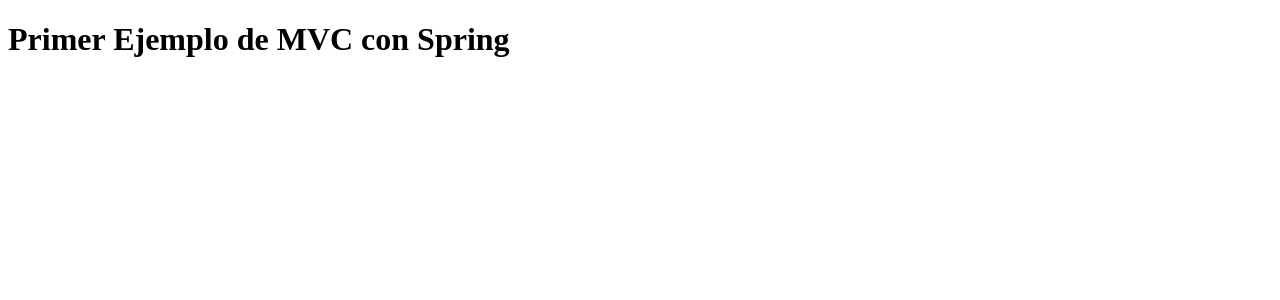
Repository: darwinuzcategui/cursoSpring
Page: http://localhost/Spring_Ejemplo1_MVC/
An editor plug-in stored every save of this project. The page is shown before and after the next save, followed by the edit.
The browser window is 1280 px wide. The pictures show the whole page.
The page is served by Tomcat 9. Other server files are loaded and not shown.

Above is the page before, as saved 2021-02-07 11:31:56.

### Spring_Ejemplo1_MVC/WebContent/WEB-INF/vista/paginaEjemplo.jsp
<%@ page language="java" contentType="text/html; charset=UTF-8"
    pageEncoding="UTF-8"%>
<!DOCTYPE html>
<html>
<head>
<meta charset="UTF-8">
<title>MI primer ejmplo MVC con Spring</title>
</head>
<body>
<h1>
Primer Ejemplo de MVC con Spring
</h1>

</body>
</html>

After the next save:
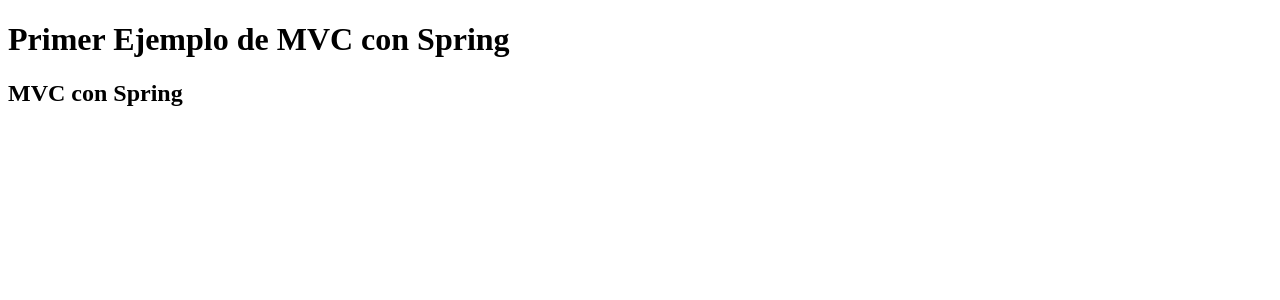
Saved 57 min 41 s later.
--- a/Spring_Ejemplo1_MVC/WebContent/WEB-INF/vista/paginaEjemplo.jsp
+++ b/Spring_Ejemplo1_MVC/WebContent/WEB-INF/vista/paginaEjemplo.jsp
@@ -10,6 +10,9 @@
 <h1>
 Primer Ejemplo de MVC con Spring
 </h1>
+<h2>
+MVC con Spring
+</h2>
 
 </body>
 </html>
